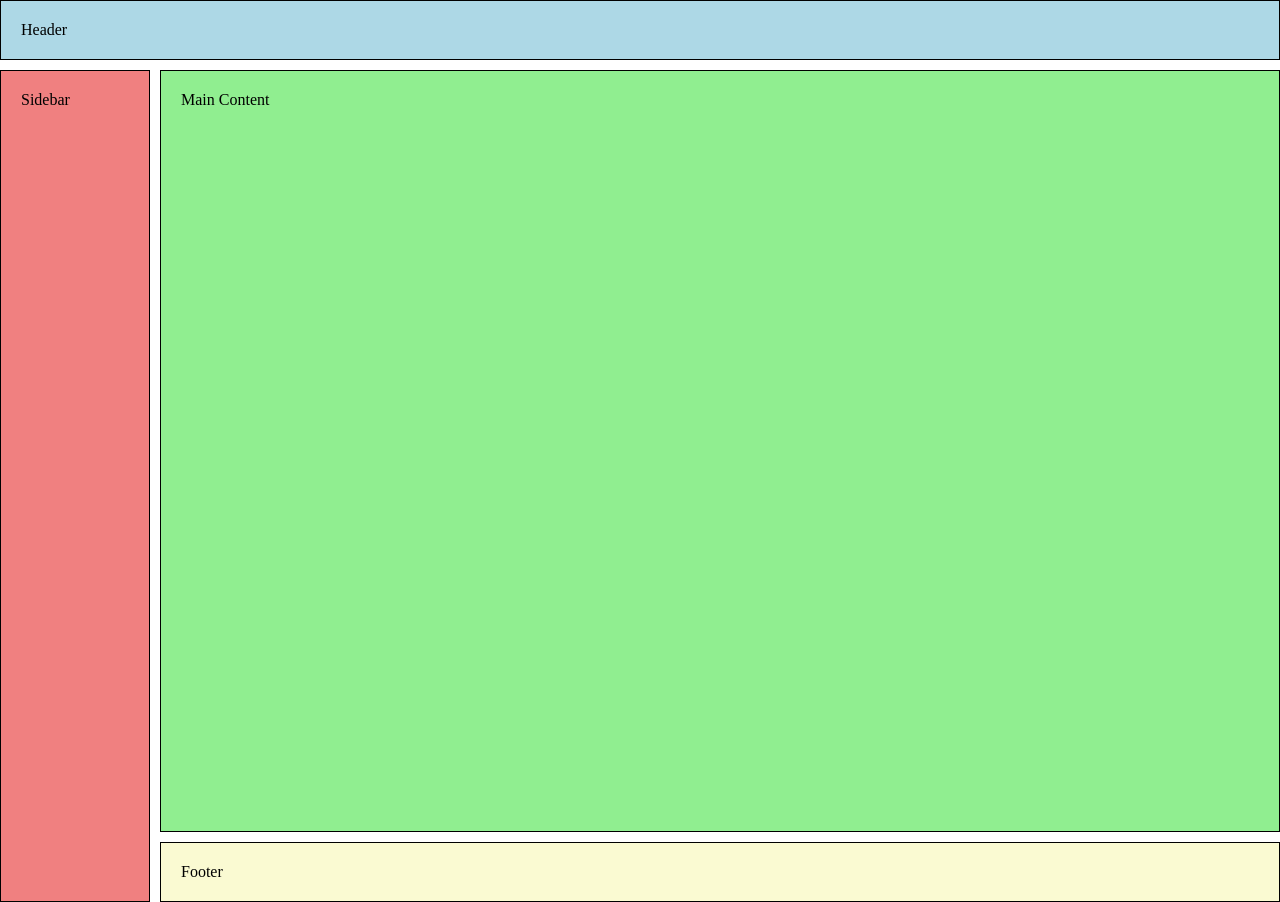
Repository: gustavotwist/desafio-grid
Page: assets/index.html
These files come from the project's save history. The page is drawn as it stood at one moment and after a run of saves; the edit follows.
The browser window is 1280 px wide. The pictures show the whole page.

Above is the page before, as saved 2024-08-13 19:39:23.

After the next 2 saves:
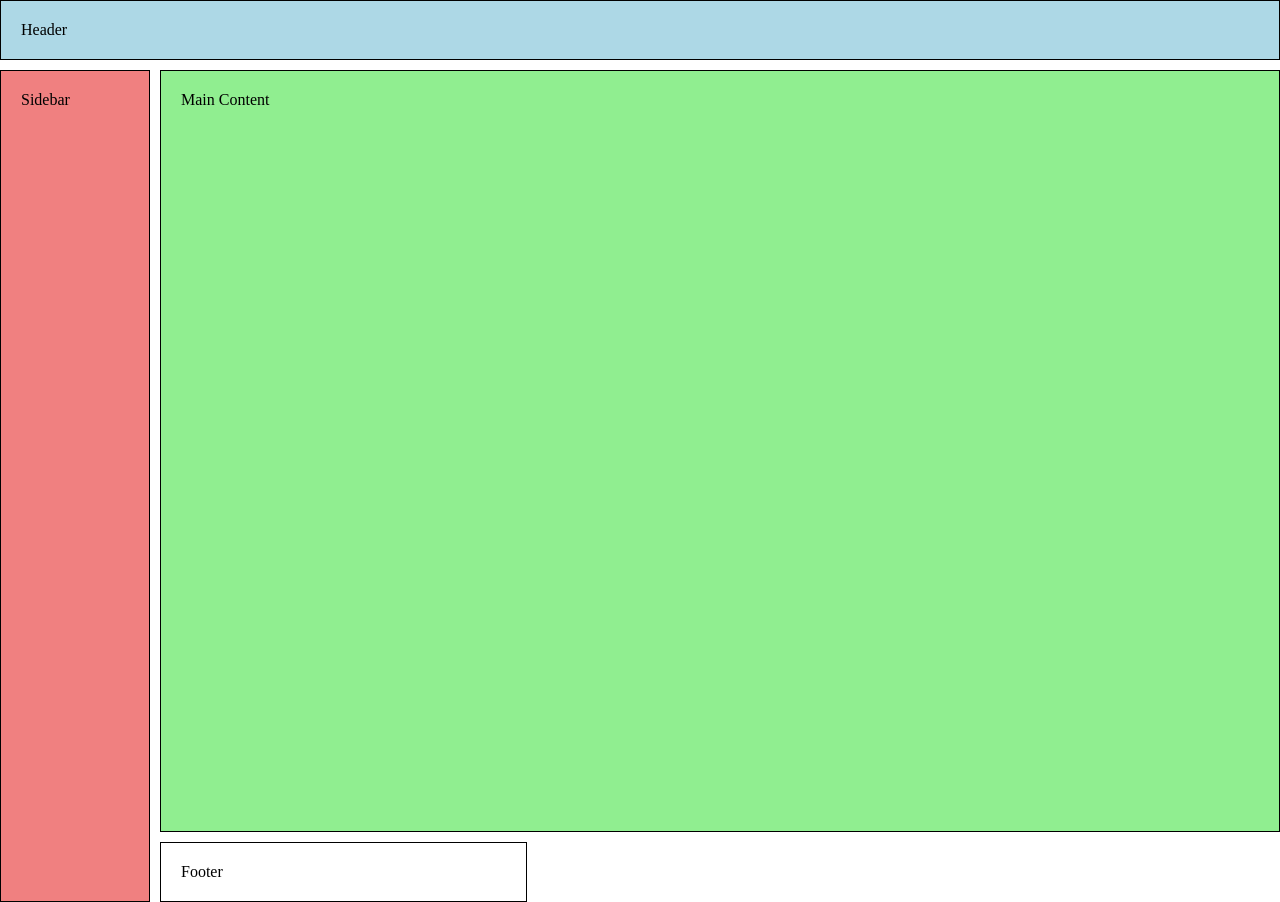
The 2 saves are shown as one change because they came seconds apart.
The last was saved 6 min 58 s later.
--- a/assets/css/style.css
+++ b/assets/css/style.css
@@ -26,6 +26,38 @@
 main {
     grid-area: main;
     background-color: lightgreen;
+    grid-area: main;
+    background-color: lightgreen;
+    display: grid;
+    grid-template-columns: 1fr 1fr; /* Duas colunas de largura igual */
+    grid-template-rows: auto auto; /* Duas linhas ajustáveis ao conteúdo */
+    grid-template-areas:
+        "section1 section2"
+        "section3 section4";
+    gap: 10px; /* Espaçamento interno entre as áreas */
+    padding: 10px;
+}
+
+.section1 {
+    grid-area: section1;
+    background-color: lightyellow;
+}
+
+.section2 {
+    grid-area: section2;
+    background-color: lightpink;
+}
+
+.section3 {
+    grid-area: section3;
+    background-color: lightgray;
+}
+
+.section4 {
+    grid-area: section4;
+    background-color: lightsalmon;
+}
+
 }
 footer {
     grid-area: footer;

After the save that followed:
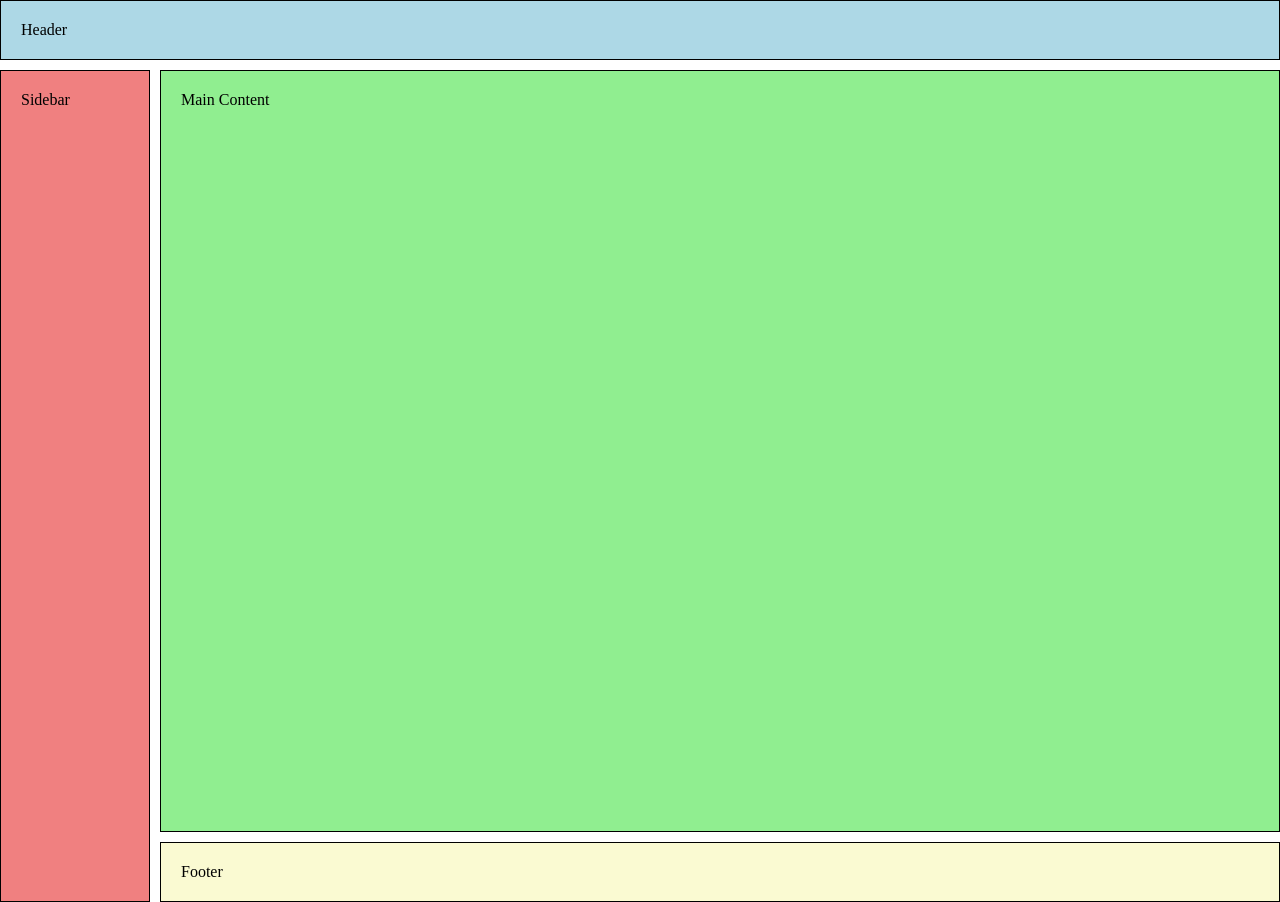
Saved 15 s later.
--- a/assets/css/style.css
+++ b/assets/css/style.css
@@ -58,7 +58,7 @@
     background-color: lightsalmon;
 }
 
-}
+
 footer {
     grid-area: footer;
     background-color: lightgoldenrodyellow;
